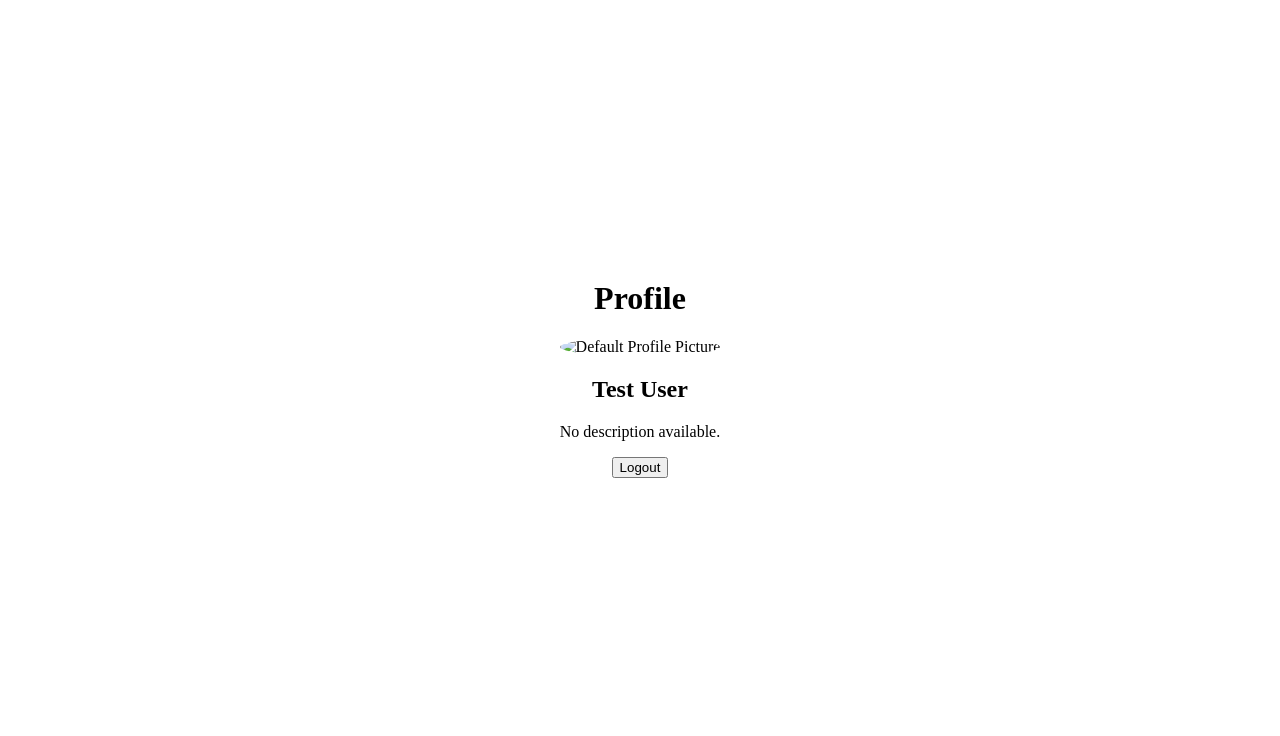
Repository: daffa-alif/team-kobar
Page: http://localhost/welcome
An editor plug-in stored every save of this project. The page is shown before and after the next save, followed by the edit.
The browser window is 1280 px wide. The pictures show the whole page.
The page is served by the project's Laravel application, run on PHP 8.4 with Laravel 12. A made-up administrator, Test User (test@example.com), is signed in. Other server files are loaded and not shown.

Above is the page before, as saved 2024-11-04 20:09:01.

### routes/web.php
<?php

use Illuminate\Support\Facades\Route;
use Illuminate\Http\Request;
use Illuminate\Support\Facades\Auth;
use Illuminate\Support\Facades\Hash;
use Illuminate\Validation\ValidationException;
use App\Models\User;

// Root route: Redirects to login if not authenticated, otherwise goes to welcome
Route::get('/', function () {
    return Auth::check() ? redirect('/welcome') : redirect()->route('login');
});

// Show the login form
Route::get('/login', function () {
    return view('auth.login');
})->name('login');

// Handle the login process
Route::post('/login', function (Request $request) {
    $request->validate([
        'email' => 'required|email',
        'password' => 'required',
    ]);

    if (Auth::attempt($request->only('email', 'password'))) {
        return redirect()->intended('/welcome');
    }

    throw ValidationException::withMessages([
        'email' => ['The provided credentials are incorrect.'],
    ]);
});

// Show the registration form
Route::get('/register', function () {
    return view('auth.register');
})->name('register');

// Handle the registration process
Route::post('/register', function (Request $request) {
    $request->validate([
        'name' => 'required|string|max:255',
        'email' => 'required|string|email|max:255|unique:users',
        'password' => 'required|string|min:8|confirmed',
        'profile_picture' => 'nullable|image|mimes:jpg,png,jpeg,gif,svg|max:2048',
        'description' => 'nullable|string|max:500',
    ]);

    // Prepare user data
    $userData = $request->only('name', 'email', 'description');
    $userData['password'] = Hash::make($request->password);

    // Handle profile picture upload if available
    if ($request->hasFile('profile_picture')) {
        $userData['profile_picture'] = $request->file('profile_picture')->store('profile_pictures', 'public');
    }

    // Create and log in the user
    $user = User::create($userData);
    Auth::login($user);

    return redirect('/welcome');
});

// Handle the logout process
Route::post('/logout', function (Request $request) {
    Auth::logout();
    return redirect('/login');
})->name('logout');

// Protected route for welcome page, requires authentication
Route::get('/welcome', function () {
    return view('welcome');
})->middleware('auth');

// Show the profile edit form
Route::get('/profile/edit', function () {
    return view('auth.edit'); // Ensure you have a view named 'auth.edit'
})->middleware('auth')->name('profile.edit');

// Handle the profile update process
Route::put('/profile/update', function (Request $request) {
    $request->validate([
        'profile_picture' => 'nullable|image|mimes:jpg,png,jpeg,gif,svg|max:2048',
        'description' => 'nullable|string|max:500',
    ]);

    $user = Auth::user();

    // Update the profile picture if provided
    if ($request->hasFile('profile_picture')) {
        $user->profile_picture = $request->file('profile_picture')->store('profile_pictures', 'public');
    }

    // Update description
    $user->description = $request->description;
    $user->save();

    return redirect('/welcome')->with('success', 'Profile updated successfully!');
})->middleware('auth')->name('profile.update');

### resources/views/welcome.blade.php
<!DOCTYPE html>
<html>
<head>
    <title>Profile</title>
</head>
<body>
    <div style="display: flex; justify-content: center; align-items: center; height: 100vh;">
        <div style="text-align: center;">
            <h1>Profile</h1>
            <div class="profile-section">
                @if(Auth::user()->profile_picture)
                    <img src="{{ asset('storage/' . Auth::user()->profile_picture) }}" alt="Profile Picture" style="width: 100px; height: 100px; border-radius: 50%;">
                @else
                    <img src="{{ asset('images/default-profile.png') }}" alt="Default Profile Picture" style="width: 100px; height: 100px; border-radius: 50%;">
                @endif

                <h2>{{ Auth::user()->name }}</h2>

                @if(Auth::user()->description)
                    <p>{{ Auth::user()->description }}</p>
                @else
                    <p>No description available.</p>
                @endif

                <form action="{{ route('logout') }}" method="POST">
                    @csrf
                    <button type="submit">Logout</button>
                </form>
            </div>
        </div>
    </div>
</body>
</html>

Loaded but not shown: app/Models/User.php (common file)

After the next save:
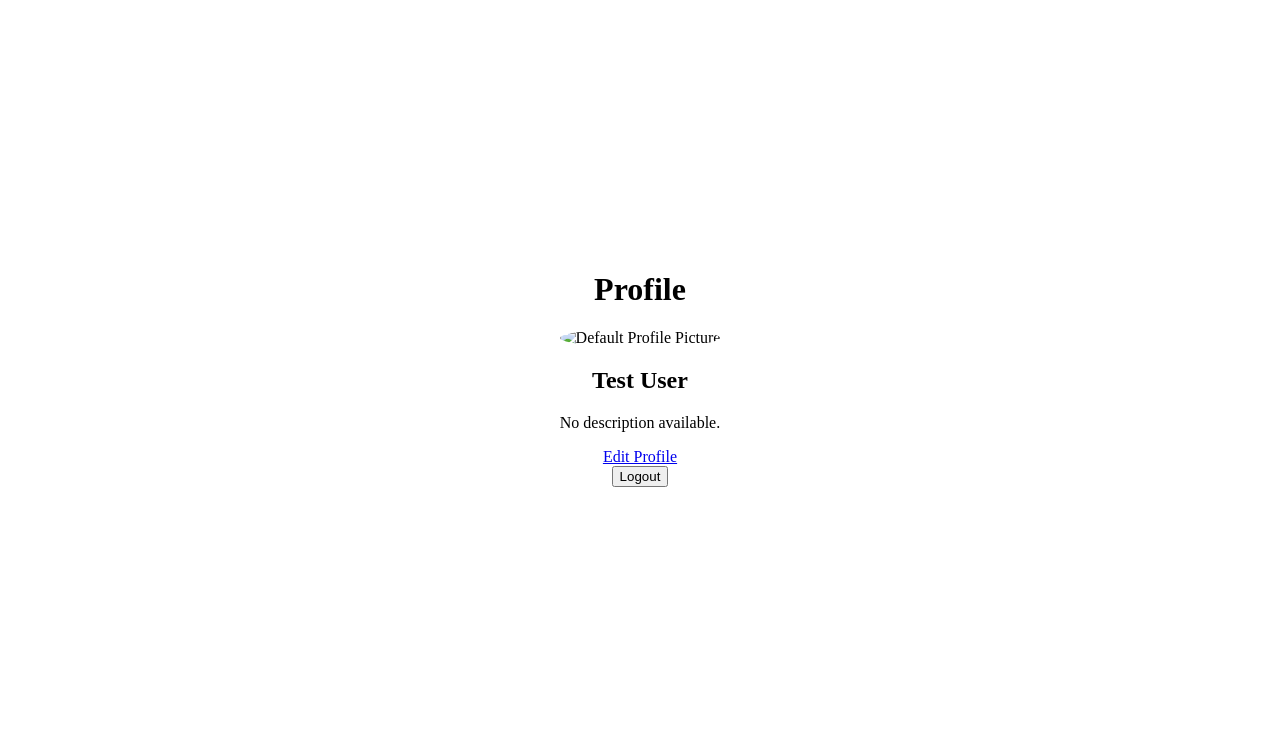
Saved 74 s later.
--- a/resources/views/welcome.blade.php
+++ b/resources/views/welcome.blade.php
@@ -22,6 +22,10 @@
                     <p>No description available.</p>
                 @endif
 
+                <div>
+                    <a href="{{ route('profile.edit') }}">Edit Profile</a>
+                </div>
+
                 <form action="{{ route('logout') }}" method="POST">
                     @csrf
                     <button type="submit">Logout</button>
